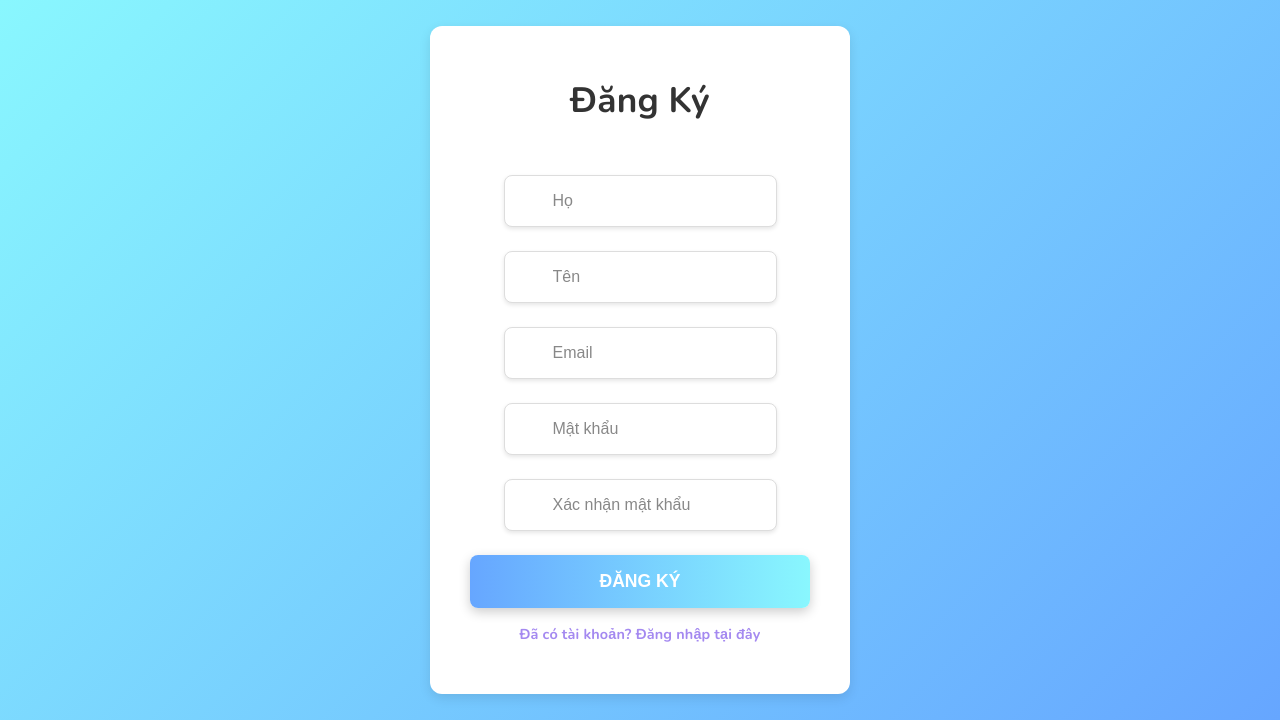
Repository: minhquang203/Homestay
Page: /register (app in client/)
The author's editor kept a copy of each file at every save. The page is drawn from the files as they stood at one save, then again after the next save.
The browser window is 1280 px wide. The pictures show the whole page.
The project was rebuilt for these pictures with package versions that can differ from the ones it lists, and the page was loaded fresh each time. Also part of the build but not shown: client/src/styles/Footer.scss, client/src/components/Footer.jsx, client/src/styles/ListingCard.scss, client/src/components/ListingCard.jsx, client/src/styles/Loader.scss, client/src/components/Loader.jsx, client/src/styles/Navbar.scss, client/src/styles/variable.scss and 28 more.

Above is the page before, as saved 2025-04-03 23:09:37.

After the next save:
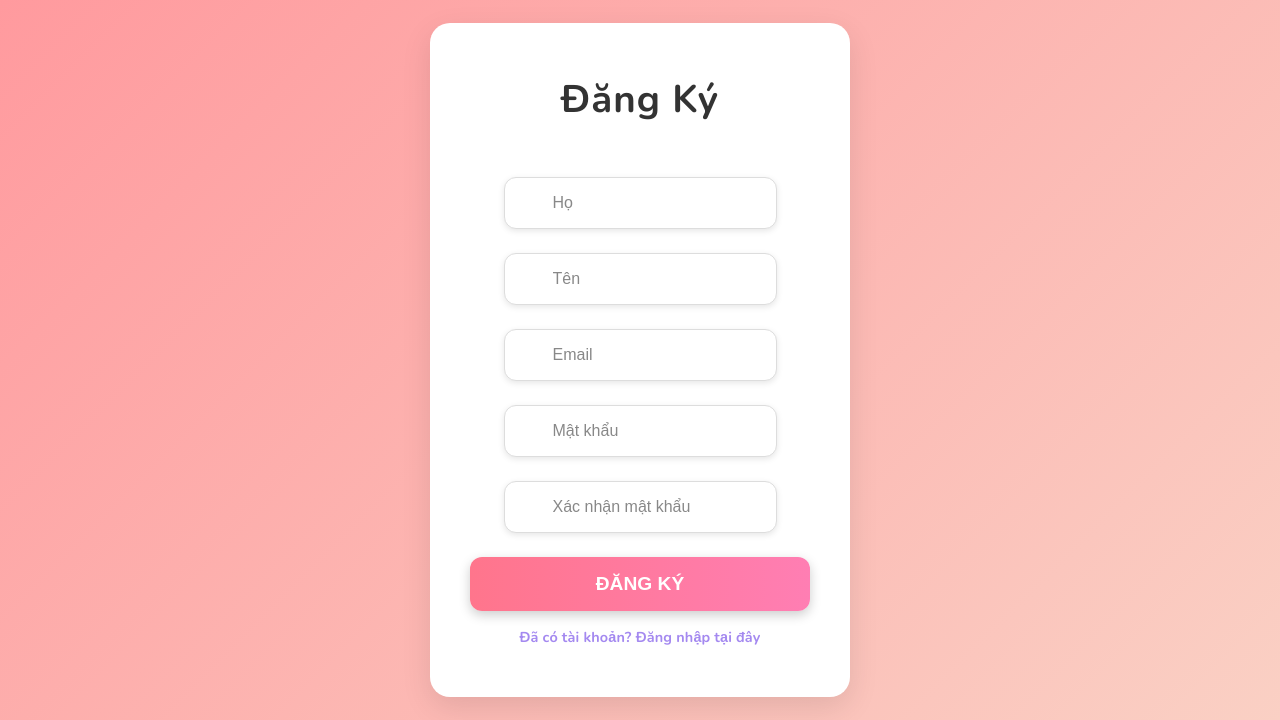
Saved 2 min 21 s later.
--- a/client/src/styles/Register.scss
+++ b/client/src/styles/Register.scss
@@ -5,25 +5,26 @@
   justify-content: center;
   align-items: center;
   height: 100vh;
-  background: linear-gradient(135deg, #89f7fe, #66a6ff); /* Gradient nền */
+  background: linear-gradient(135deg, #ff9a9e, #fad0c4); /* Gradient nền mới */
   font-family: $font-primary;
   padding: 1rem;
 
   &__content {
     background: $form-background;
     padding: 3rem 2.5rem;
-    border-radius: $border-radius-large;
-    box-shadow: $box-shadow-large;
+    border-radius: 20px; /* Bo góc mềm mại hơn */
+    box-shadow: 0 10px 30px rgba(0, 0, 0, 0.1); /* Hiệu ứng đổ bóng nhẹ */
     max-width: 420px;
     width: 100%;
     text-align: center;
-    animation: fadeIn $transition-slow;
+    animation: fadeIn 0.8s ease-out;
 
     h2 {
-      font-size: 2.2rem;
+      font-size: 2.4rem; /* Tiêu đề lớn hơn */
       margin-bottom: 1.5rem;
       color: $text-color;
       font-weight: bold;
+      letter-spacing: 1px; /* Khoảng cách chữ */
     }
 
     .register__form {
@@ -37,12 +38,12 @@
         input {
           padding: 1rem 1rem 1rem 3rem; /* Thêm khoảng trống cho icon */
           border: 1px solid $input-border-color;
-          border-radius: $border-radius;
+          border-radius: 12px; /* Bo góc mềm mại */
           font-size: 1rem;
           color: $text-color;
           background-color: $form-background;
-          transition: all $transition-fast;
-          box-shadow: $box-shadow-small;
+          transition: all 0.3s ease;
+          box-shadow: 0 2px 6px rgba(0, 0, 0, 0.1);
 
           &:focus {
             border-color: $input-focus-border;
@@ -62,7 +63,7 @@
           transform: translateY(-50%);
           font-size: 1.2rem;
           color: $grey;
-          transition: color $transition-fast;
+          transition: color 0.3s ease;
 
           input:focus + & {
             color: $input-focus-border;
@@ -72,14 +73,14 @@
 
       button {
         padding: 1rem;
-        background: linear-gradient(90deg, #66a6ff, #89f7fe); /* Gradient nút */
+        background: linear-gradient(90deg, #ff758c, #ff7eb3); /* Gradient nút mới */
         color: #fff;
         font-weight: bold;
-        font-size: 1.1rem;
+        font-size: 1.2rem;
         border: none;
-        border-radius: $border-radius;
+        border-radius: 12px; /* Bo góc mềm mại */
         cursor: pointer;
-        transition: all $transition-fast;
+        transition: all 0.3s ease;
         box-shadow: 0 4px 12px rgba(0, 0, 0, 0.2);
 
         &:hover {
@@ -102,6 +103,7 @@
       p {
         font-size: 0.9rem;
         margin-top: -0.5rem;
+        color: $error-color; /* Màu lỗi */
       }
     }
 
@@ -112,7 +114,7 @@
       text-decoration: none;
       font-size: 0.9rem;
       font-weight: bold;
-      transition: color $transition-fast, transform 0.2s;
+      transition: color 0.3s ease, transform 0.2s;
 
       &:hover {
         color: $link-hover;
